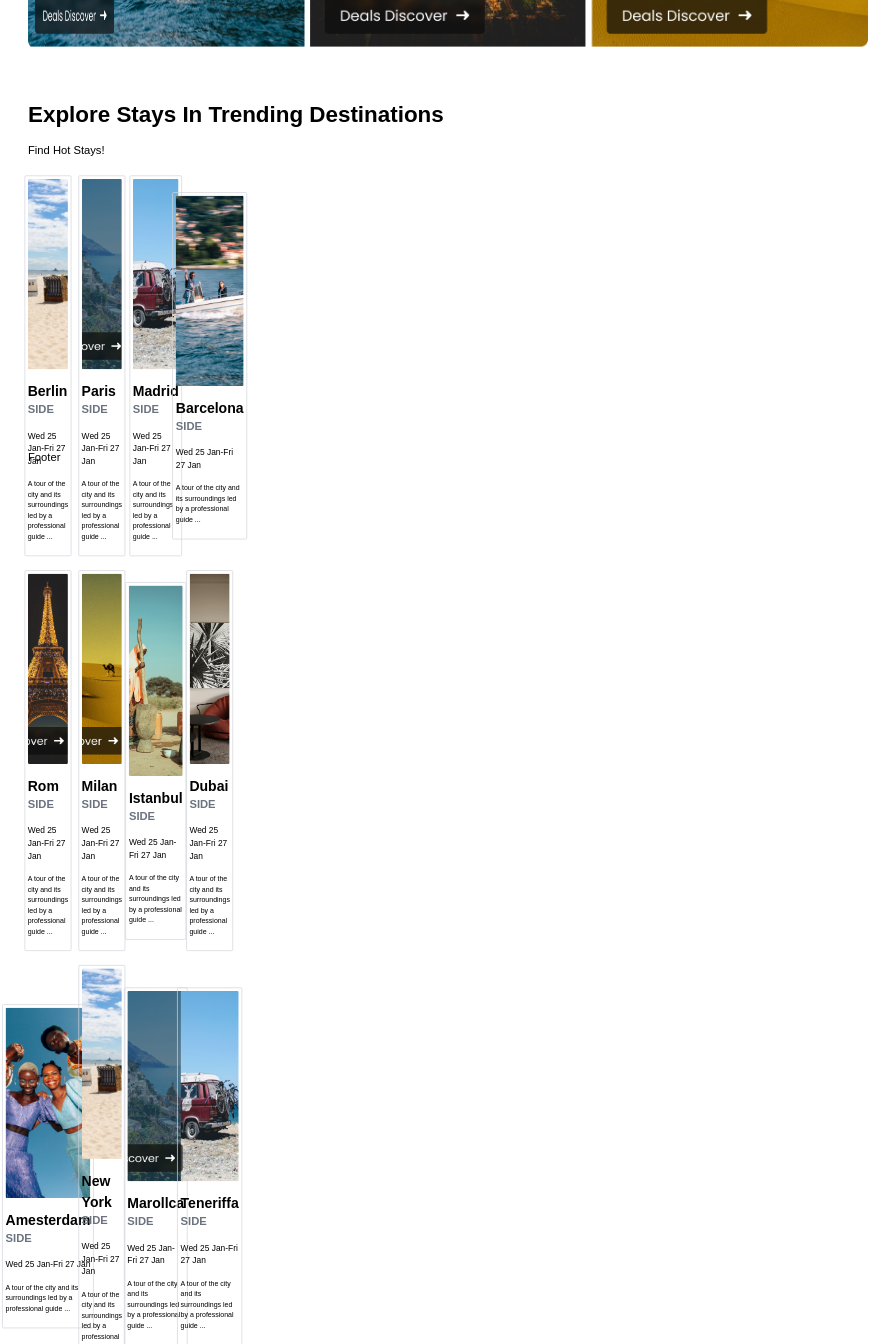
Repository: Quynhhuong150322/DIKO_STUDY_TRAVEL_WEB
Page: /
The author's editor kept a copy of each file at every save. The page is drawn from the files as they stood at one save, then again after the next save.
The browser window is 1280 px wide. The pictures show the part of the page from y = 1442 to 3362 px (the page is 3394 px tall before and 3144 px after), at 70% of full size.
The project was rebuilt for these pictures with package versions that can differ from the ones it lists, and the page was loaded fresh each time. Also part of the build but not shown: src/components/Login.js, src/components/Register.js. Imported but missing from the stored project, and not drawn on this page: src/redux/slices/authSlice.

Above is the page before, as saved 2024-02-23 11:44:03.

After the next save:
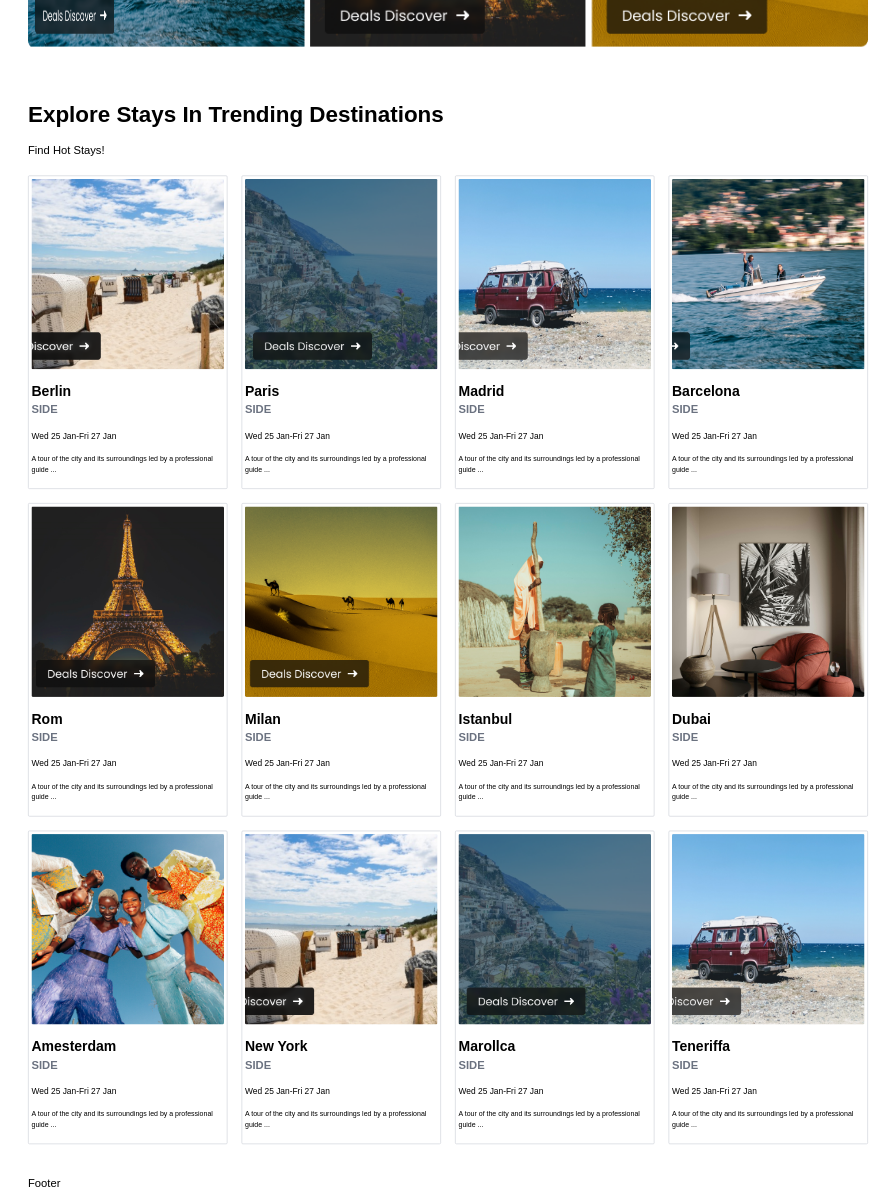
Saved 23 s later.
--- a/src/pages/LangdingPage/Langding.js
+++ b/src/pages/LangdingPage/Langding.js
@@ -263,7 +263,7 @@ const Langding = () => {
           <p>Find Hot Stays!</p>
         </div>
         {/* ImageCard */}
-        <div className='w-[288px] h-[367px] grid grid-cols-4 place-items-center gap-5 '>
+        <div className='grid grid-cols-4 place-items-center gap-5 '>
           {
             ListCard.map((data) => (
               <div className='flex flex-col gap-4 border rounded-sm border-gray-300 p-1'>
